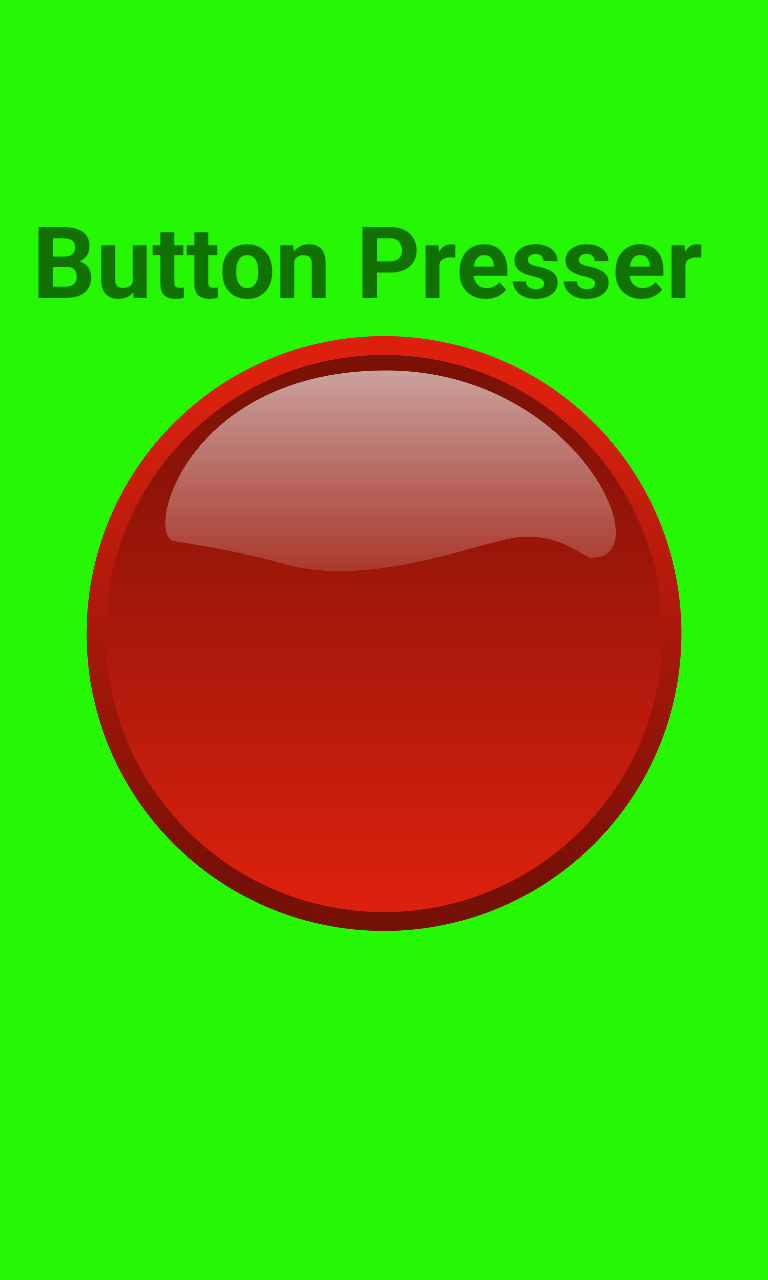
Repository: sameerisa/idtech-yale-android
Layout: ButtonPresser/res/layout/fragment_main.xml
An editor plug-in stored every save of this project. The layout is shown before and after the next save, followed by the edit.
It is drawn on a 768 x 1280 px phone screen (xhdpi) without system bars, with theme AppTheme; the app's code is not run.

Above is the layout before, as saved 2014-07-01 13:35:47.

### ButtonPresser/res/layout/fragment_main.xml
<LinearLayout xmlns:android="http://schemas.android.com/apk/res/android"
    android:id="@+id/background"
    xmlns:tools="http://schemas.android.com/tools"
    android:layout_width="match_parent"
    android:layout_height="match_parent"
    android:paddingBottom="@dimen/activity_vertical_margin"
    android:paddingLeft="@dimen/activity_horizontal_margin"
    android:paddingRight="@dimen/activity_horizontal_margin"
    android:paddingTop="@dimen/activity_vertical_margin"
    tools:context="com.example.buttonpresser.MainActivity$PlaceholderFragment"
    android:background="#25f704"
    android:orientation="vertical"
    android:weightSum="3">

<TextView
    android:id="@+id/counter"
    android:layout_width="wrap_content"
    android:layout_height="wrap_content"
    android:text=""
    android:textSize="60sp"
    />
    <TextView
        android:id="@+id/text"
        android:layout_width="wrap_content"
        android:layout_height="wrap_content"
        android:text="Button Presser"
        android:textSize="50sp"
        android:textStyle="bold"
        />"
<ImageView
    android:layout_gravity="center"
   android:id="@+id/button"
   android:layout_weight="2"
   android:layout_width="wrap_content"
   android:layout_height="0dp"
   android:src="@drawable/button" />

   </LinearLayout>

Loaded but not shown: ButtonPresser/res/values/styles.xml (common file); ButtonPresser/res/values-v11/styles.xml (common file); ButtonPresser/res/values-v14/styles.xml (common file); ButtonPresser/res/values/dimens.xml (common file); ButtonPresser/res/values-w820dp/dimens.xml (common file)

After the next save:
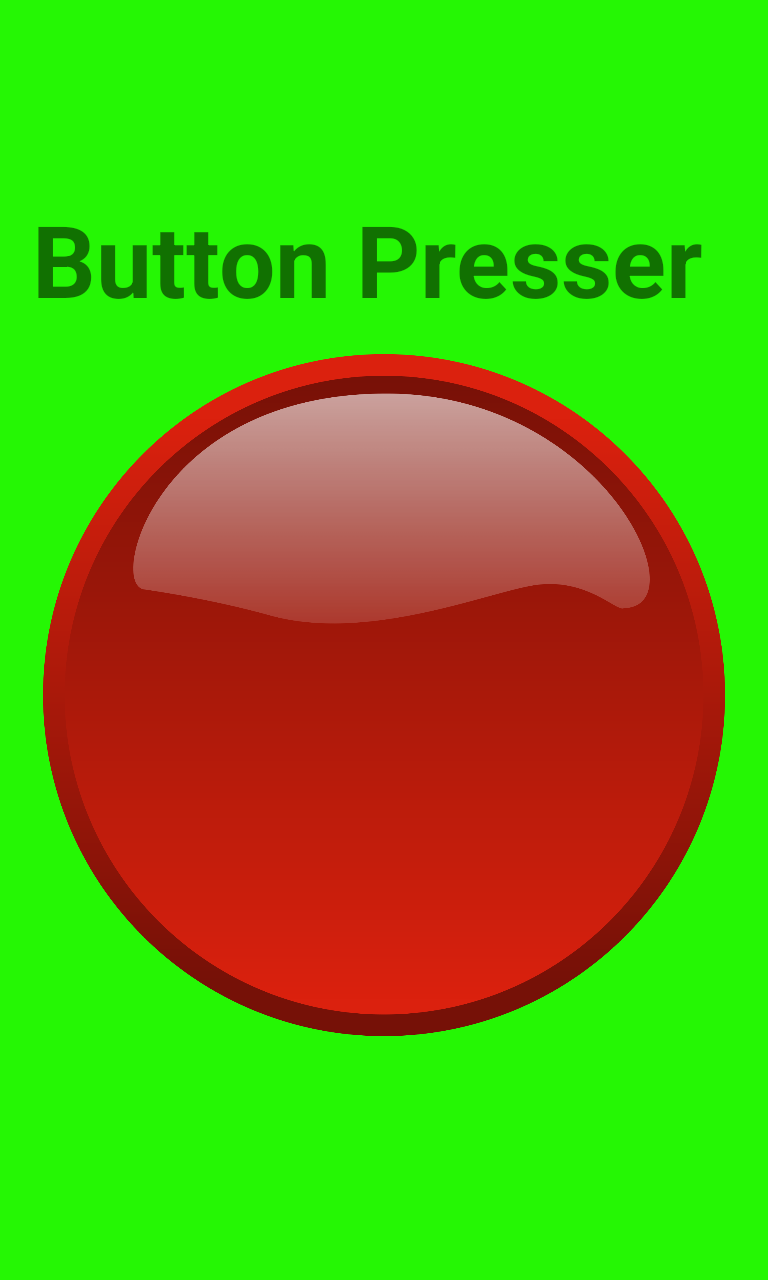
Saved 35 s later.
--- a/ButtonPresser/res/layout/fragment_main.xml
+++ b/ButtonPresser/res/layout/fragment_main.xml
@@ -10,7 +10,7 @@
     tools:context="com.example.buttonpresser.MainActivity$PlaceholderFragment"
     android:background="#25f704"
     android:orientation="vertical"
-    android:weightSum="3">
+    android:weightSum="5">
 
 <TextView
     android:id="@+id/counter"
@@ -30,7 +30,7 @@
 <ImageView
     android:layout_gravity="center"
    android:id="@+id/button"
-   android:layout_weight="2"
+   android:layout_weight="4"
    android:layout_width="wrap_content"
    android:layout_height="0dp"
    android:src="@drawable/button" />
